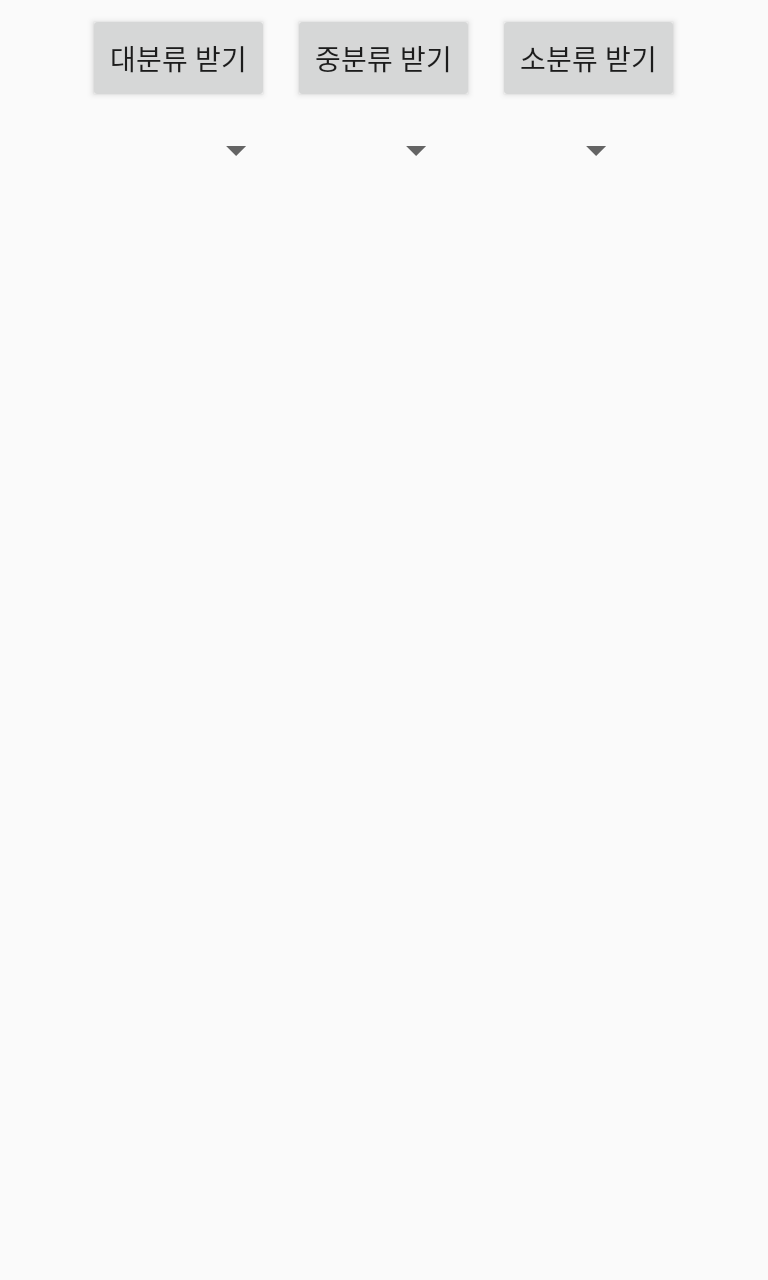
Repository: Jeonilju/rap
Layout: Android/RAP/res/layout/activity_iap_sample.xml
The author's editor kept a copy of each file at every save. The layout is drawn from the files as they stood at one save, then again after the next save.
It is drawn on a 768 x 1280 px phone screen (xhdpi) without system bars, with theme AppTheme; the app's code is not run.

Above is the layout before, as saved 2015-07-12 02:49:01.

After the next save:
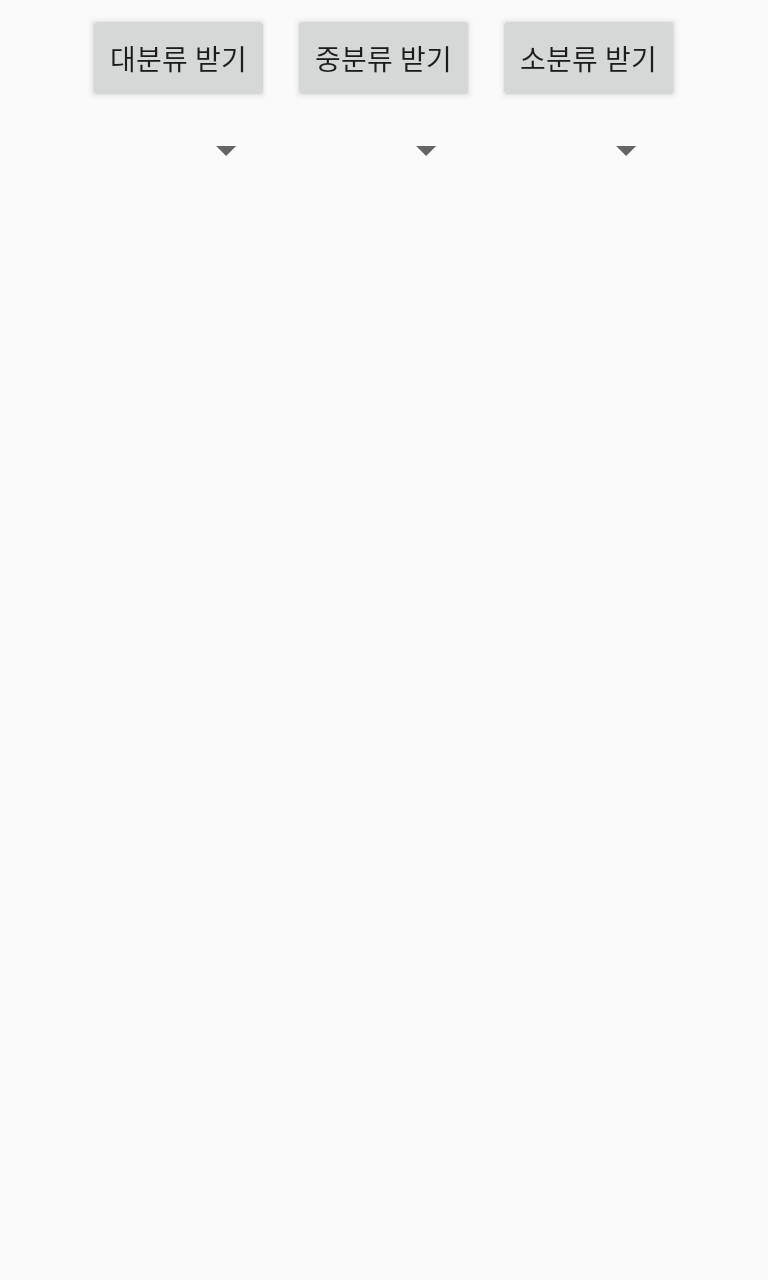
Saved 12 s later.
--- a/Android/RAP/res/layout/activity_iap_sample.xml
+++ b/Android/RAP/res/layout/activity_iap_sample.xml
@@ -39,19 +39,19 @@
 
         <Spinner
             android:id="@+id/iap_sp1"
-            android:layout_width="80dp"
+            android:layout_width="90dp"
             android:layout_height="wrap_content"
             android:layout_margin="5dp"/>
 
         <Spinner
             android:id="@+id/iap_sp2"
-            android:layout_width="80dp"
+            android:layout_width="90dp"
             android:layout_height="wrap_content"
             android:layout_margin="5dp"/>
 
         <Spinner
             android:id="@+id/iap_sp3"
-            android:layout_width="80dp"
+            android:layout_width="90dp"
             android:layout_height="wrap_content"
             android:layout_margin="5dp"/>
 
